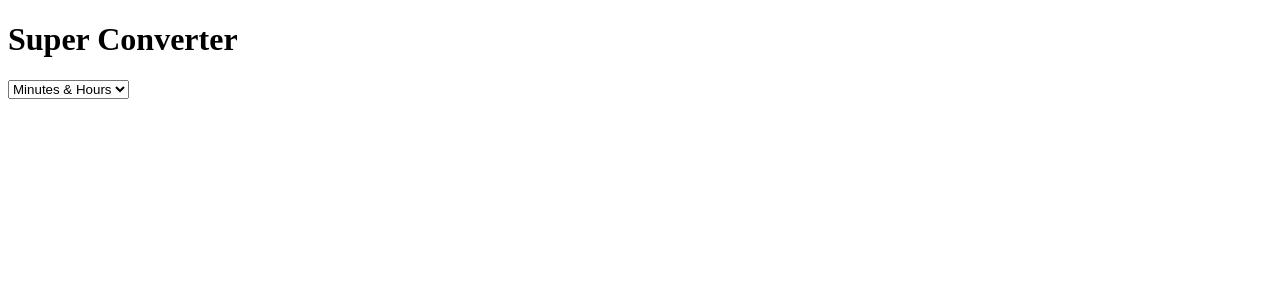
Repository: TaewookKwak/React
Page: index.html
The author's editor kept a copy of each file at every save. The page is drawn from the files as they stood at one save, then again after the next save.
The browser window is 1280 px wide. The pictures show the whole page.

Above is the page before, as saved 2021-12-15 10:56:30.

After the next save:
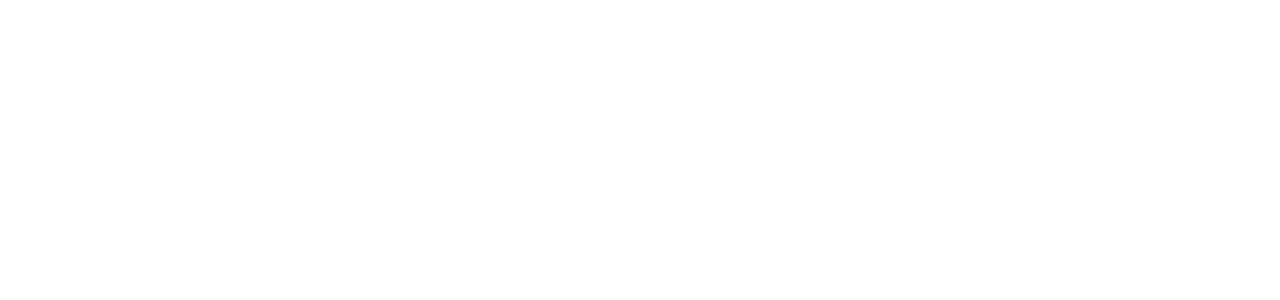
Console error (its wording comes from the project's code and is left out).
Saved 66 s later.
--- a/index.html
+++ b/index.html
@@ -45,10 +45,14 @@
     }
     function KmToMiles() {}
     function App() {
+        const [index, setIndex] = React.useState(0);
+        const onSelect = (event) = {
+            console.log(event);
+        };
       return (
         <div>
           <h1>Super Converter</h1>
-          <select>
+          <select onChange={}>
             <option value="0">Minutes & Hours</option>
             <option value="1">Km & Miles</option>
           </select>

After the 5 saves that followed:
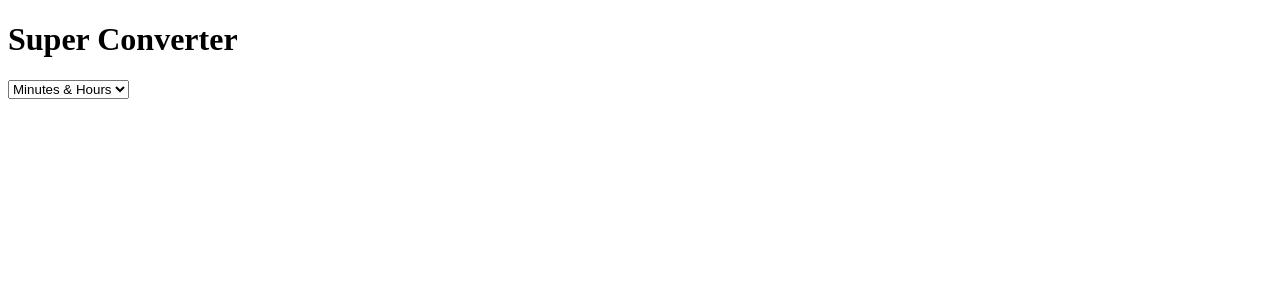
The error is gone.
The 5 saves are shown as one change because 3 left the picture as it was and some came seconds apart.
The last was saved 86 s later.
--- a/index.html
+++ b/index.html
@@ -45,14 +45,14 @@
     }
     function KmToMiles() {}
     function App() {
-        const [index, setIndex] = React.useState(0);
-        const onSelect = (event) = {
-            console.log(event);
-        };
+      const [index, setIndex] = React.useState(0);
+      const onSelect = event => {
+        console.log(event);
+      };
       return (
         <div>
           <h1>Super Converter</h1>
-          <select onChange={}>
+          <select onChange={onSelect}>
             <option value="0">Minutes & Hours</option>
             <option value="1">Km & Miles</option>
           </select>
